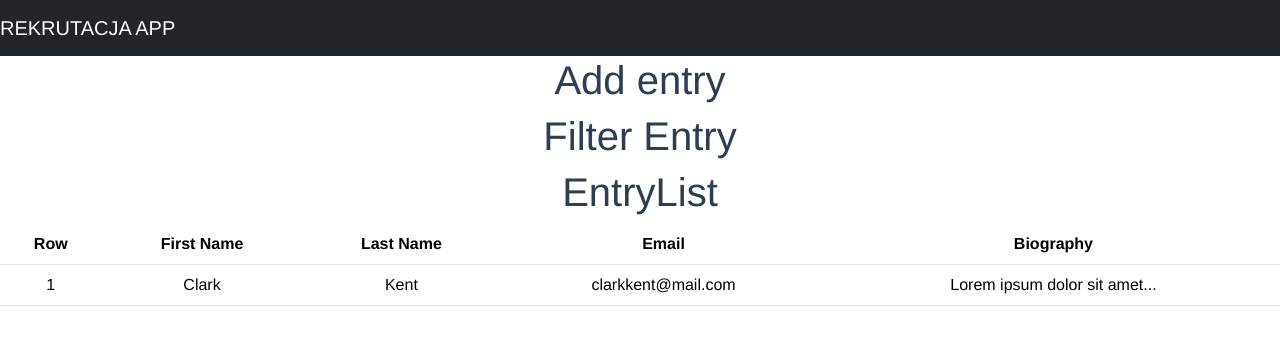
Repository: Madaless/vue_elastic
Page: / (app in vuejsapp/crudapp/)
These files come from the project's save history. The page is drawn as it stood at one moment and after the next save; the edit follows.
The browser window is 1280 px wide. The pictures show the whole page.
The page's requests for data from a server got no answer. The project was rebuilt for these pictures with package versions that can differ from the ones it lists, and the page was loaded fresh each time. No one was signed in, and anything a server would have sent is missing.

Above is the page before, as saved 2021-09-12 11:37:26.

After the next save:
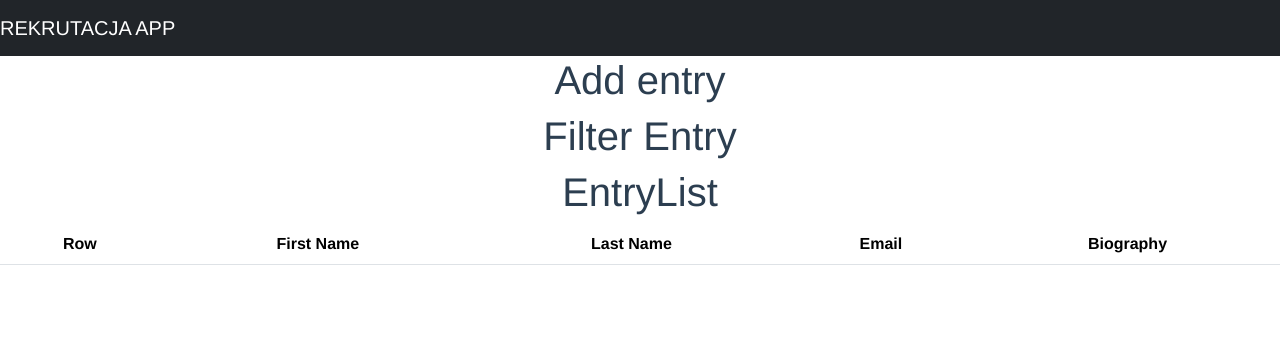
Saved 2 min 20 s later.
--- a/vuejsapp/crudapp/src/components/EntryList.vue
+++ b/vuejsapp/crudapp/src/components/EntryList.vue
@@ -3,10 +3,6 @@
     <h1>EntryList</h1>
 
     <div class="todos">
-      <div v-for="entry in entryList" class="todo" v-bind:key="entry.key">
-        {{ entry.title }}
-      </div>
-
       <table class="table">
         <thead>
           <tr>
@@ -18,13 +14,17 @@
           </tr>
         </thead>
         <tbody>
-          <tr>
+          <div v-for="entry in entryList" class="todo" v-bind:key="entry.key">
+            {{ entry.title }}
+            <tr>
             <td>1</td>
             <td>Clark</td>
             <td>Kent</td>
             <td>clarkkent@mail.com</td>
             <td>Lorem ipsum dolor sit amet...</td>
           </tr>
+          </div>
+
         </tbody>
       </table>
     </div>
